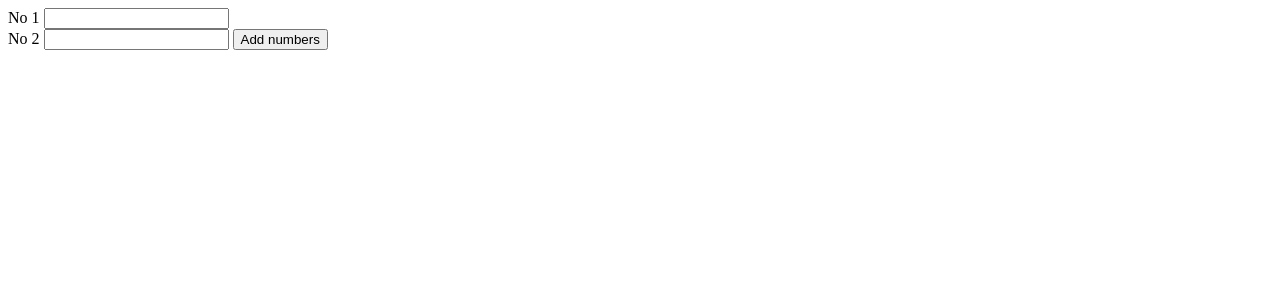
Repository: akilaliyanage/vehicleServiceAndFuelStationManagement
Page: http://localhost/testApp/
An editor plug-in stored every save of this project. The page is shown before and after the next save, followed by the edit.
The browser window is 1280 px wide. The pictures show the whole page.
The page is served by Tomcat 9.

Above is the page before, as saved 2020-03-17 05:54:03.

After the next save:
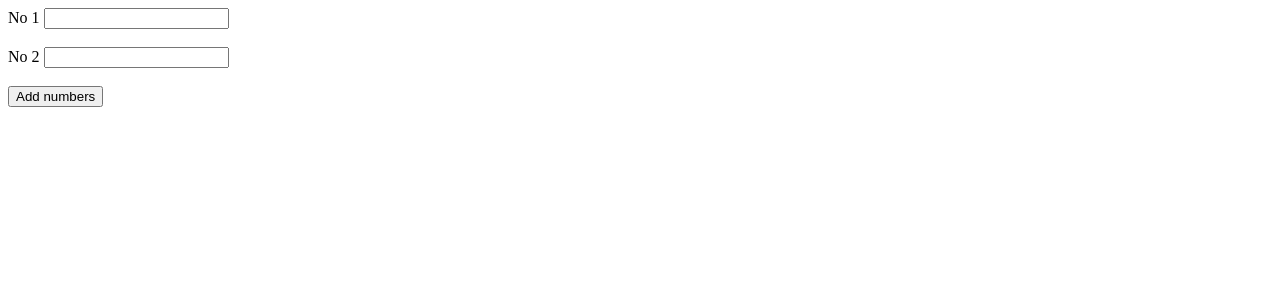
Saved 26 s later.
--- a/testApp/WebContent/index.jsp
+++ b/testApp/WebContent/index.jsp
@@ -9,8 +9,8 @@
 </head>
 <body>
 <form action = "" method ="post">
-	No 1 <input type ="text" name = "no1"><br/>
-	No 2 <input type ="text" name = "no2">
+	No 1 <input type ="text" name = "no1"><br/><br/>
+	No 2 <input type ="text" name = "no2"><br/><br/>
 
 	<input type ="submit" value = "Add numbers">
 </form>
